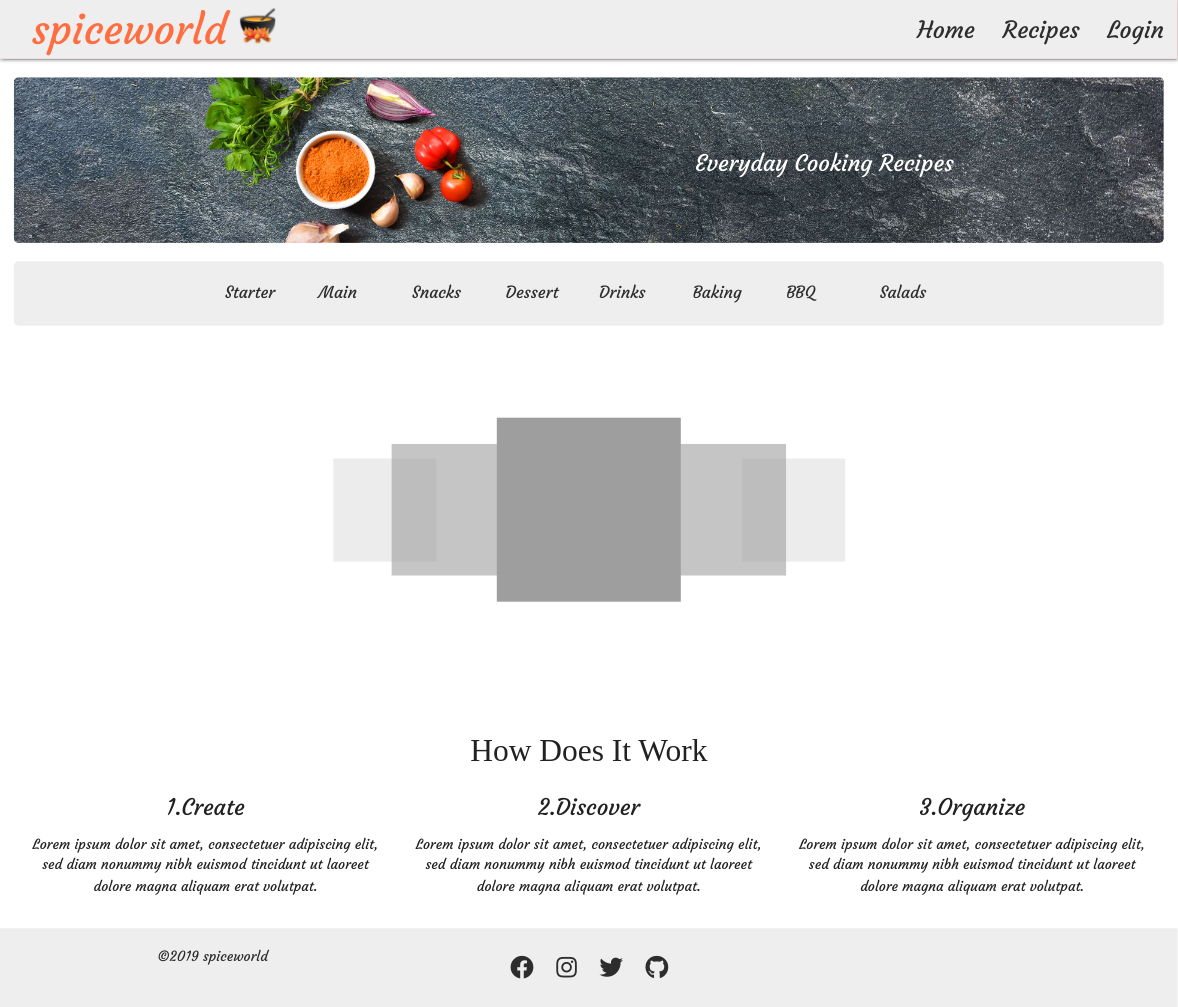
Repository: stephyraju/spiceworld
Page: http://localhost/
The author's editor kept a record of every edit. The page is drawn from the files as they stood at one moment, then again after the next edit.
The browser window is 1280 px wide. The pictures show the whole page, at 92% of full size.
Pictures or frames that could not be fetched are drawn as grey boxes. Some web libraries are served in a nearby version. The page is served by the project's application, run on Flask 3 (app.py). Queries for data that is not in the repository find no rows.

Above is the page before.

After the next edit:
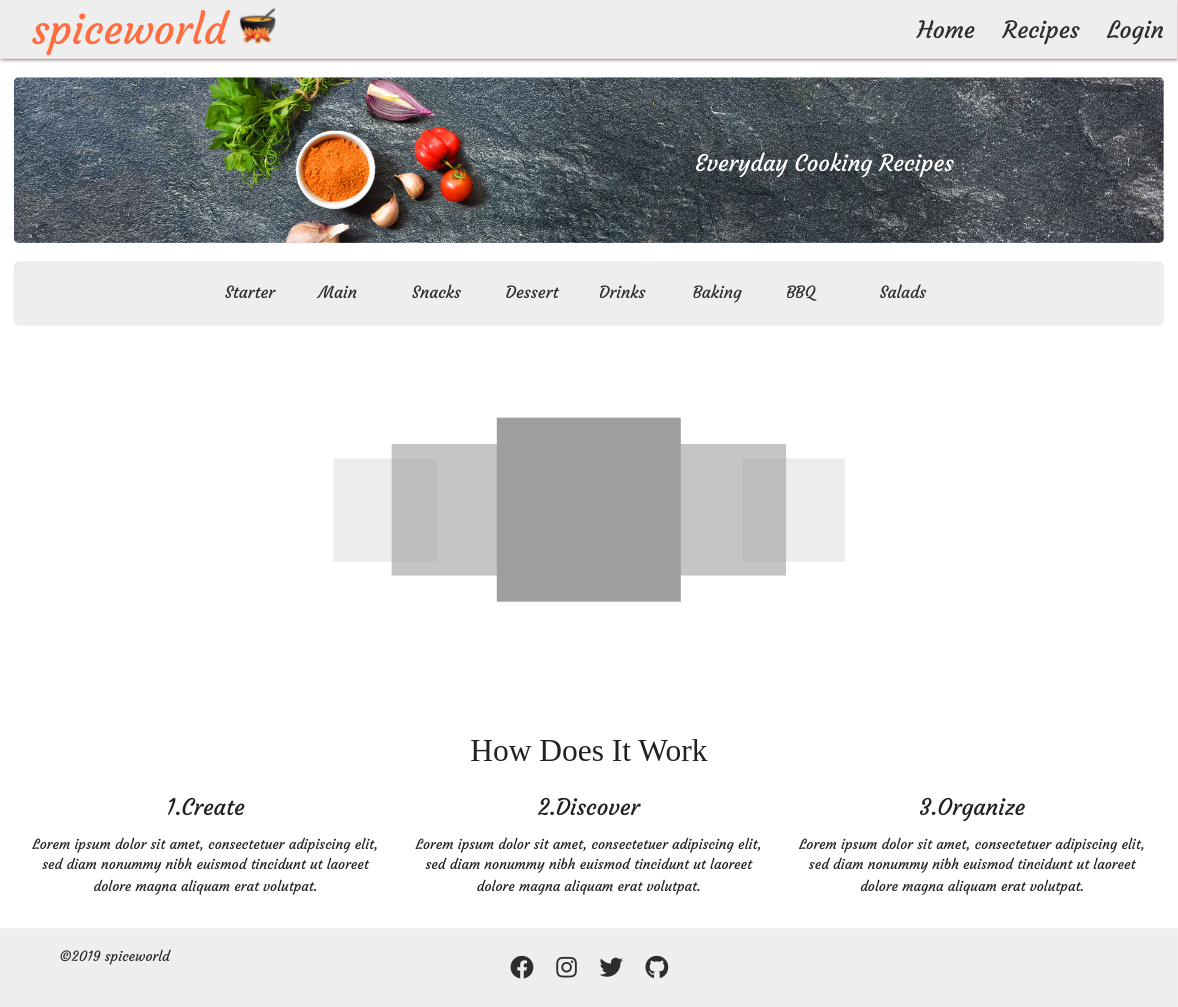
The edit:
--- a/templates/base.html
+++ b/templates/base.html
@@ -53,7 +53,7 @@
   <footer class="page-footer grey lighten-3">
 
      <div class="row footer-content">
-        <div class="col s5 m2">
+        <div class="col s5 m4">
           <div>&copy;2019 spiceworld</div>
         </div>
         <div class="col s7">
